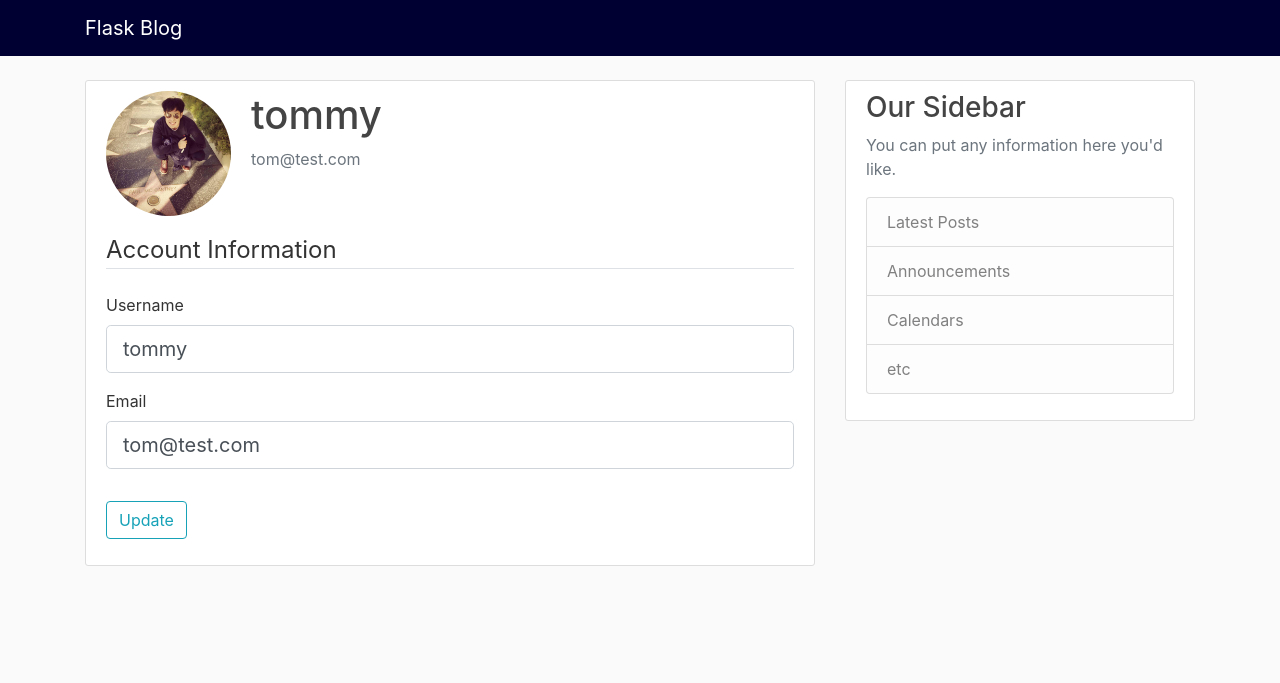
Repository: marstangg/Digitalblog
Page: http://localhost/account
The author's editor kept a record of every edit. The page is drawn from the files as they stood at one moment, then again after the next edit.
The browser window is 1280 px wide. The pictures show the whole page.
Some web libraries are served in a nearby version. The page is served by the project's application, run on Flask 3 (flaskblog/__init__.py). The user the application loads for id 1 is signed in. The page reads the database file committed with the project.

Above is the page before.

### flaskblog/templates/account.html
{% extends "layout.html" %} {% block content %}
<div class="content-section">
  <div class="media">
    <img class="rounded-circle account-img" src="{{ image_file }}">
    <div class="media-body">
      <h2 class="account-heading">{{ current_user.username }}</h2>
      <p class="text-secondary">{{ current_user.email }}</p>
    </div>
  </div>
    <form method="POST" action="">
      {{ form.hidden_tag() }}
      <fieldset class="form-group">
        <legend class="border-bottom mb-4">Account Information</legend>
        <div class="form-group">
          {{ form.username.label(class="form-control-label") }} {% if form.username.errors %} {{ form.username(class="form-control form-control-lg is-invalid") }}
          <div class="invalid-feedback">
            {% for error in form.username.errors %}
            <span>{{ error }}</span> {% endfor %}
          </div>
          {% else %} {{ form.username(class="form-control form-control-lg") }} {% endif %}
        </div>
        <div class="form-group">
          {{ form.email.label(class="form-control-label") }} {% if form.email.errors %} {{ form.email(class="form-control form-control-lg is-invalid") }}
          <div class="invalid-feedback">
            {% for error in form.email.errors %}
            <span>{{ error }}</span> {% endfor %}
          </div>
          {% else %} {{ form.email(class="form-control form-control-lg") }} {% endif %}
        </div>
      </fieldset>
      <div class="form-group">
        {{ form.submit(class="btn btn-outline-info") }}
      </div>
    </form>
</div>
{% endblock content %}

### flaskblog/templates/layout.html
<!DOCTYPE html>
<html>
<head>
    <!-- Required meta tags -->
    <meta charset="utf-8">
    <meta name="viewport" content="width=device-width, initial-scale=1, shrink-to-fit=no">

    <!-- Bootstrap CSS -->
    <link rel="stylesheet" href="https://maxcdn.bootstrapcdn.com/bootstrap/4.0.0/css/bootstrap.min.css" integrity="sha384-Gn5384xqQ1aoWXA+058RXPxPg6fy4IWvTNh0E263XmFcJlSAwiGgFAW/dAiS6JXm" crossorigin="anonymous">

    <link rel="stylesheet" type="text/css" href="{{ url_for('static', filename='main.css') }}">

    {% if title %}
        <title>Flask Blog - {{ title }}</title>
    {% else %}
        <title>Flask Blog</title>
    {% endif %}
</head>
<body>
    <header class="site-header">
      <nav class="navbar navbar-expand-md navbar-dark bg-steel fixed-top">
        <div class="container">
          <a class="navbar-brand mr-4" href="/">Flask Blog</a>
          <button class="navbar-toggler" type="button" data-toggle="collapse" data-target="#navbarToggle" aria-controls="navbarToggle" aria-expanded="false" aria-label="Toggle navigation">
            <span class="navbar-toggler-icon"></span>
          </button>
          <div class="collapse navbar-collapse" id="navbarToggle">
            <div class="navbar-nav mr-auto">
              <a class="nav-item nav-link" href="{{ url_for('home') }}">Home</a>
              <a class="nav-item nav-link" href="{{ url_for('about') }}">About</a>
            </div>
            <!-- Navbar Right Side -->
            <div class="navbar-nav">
              {% if current_user.is_authenticated %}
              <a class="nav-item nav-link" href="{{ url_for('account') }}">Account</a>
              <a class="nav-item nav-link" href="{{ url_for('logout') }}">Logout</a>
              {% else %}
              <a class="nav-item nav-link" href="{{ url_for('login') }}">Login</a>
              <a class="nav-item nav-link" href="{{ url_for('register') }}">Register</a>
              {% endif %}
            </div>
          </div>
        </div>
      </nav>
    </header>
    <main role="main" class="container">
      <div class="row">
        <div class="col-md-8">
          {% with messages = get_flashed_messages(with_categories=true) %}
            {% if messages %}
              {% for category, message in messages %}
                <div class="alert alert-{{ category }}">
                  {{ message }}
                </div>
              {% endfor %}
            {% endif %}
          {% endwith %}
          {% block content %}{% endblock %}
        </div>
        <div class="col-md-4">
          <div class="content-section">
            <h3>Our Sidebar</h3>
            <p class='text-muted'>You can put any information here you'd like.
              <ul class="list-group">
                <li class="list-group-item list-group-item-light">Latest Posts</li>
                <li class="list-group-item list-group-item-light">Announcements</li>
                <li class="list-group-item list-group-item-light">Calendars</li>
                <li class="list-group-item list-group-item-light">etc</li>
              </ul>
            </p>
          </div>
        </div>
      </div>
    </main>


    <!-- Optional JavaScript -->
    <!-- jQuery first, then Popper.js, then Bootstrap JS -->
    <script src="https://code.jquery.com/jquery-3.2.1.slim.min.js" integrity="sha384-KJ3o2DKtIkvYIK3UENzmM7KCkRr/rE9/Qpg6aAZGJwFDMVNA/GpGFF93hXpG5KkN" crossorigin="anonymous"></script>
    <script src="https://cdnjs.cloudflare.com/ajax/libs/popper.js/1.12.9/umd/popper.min.js" integrity="sha384-ApNbgh9B+Y1QKtv3Rn7W3mgPxhU9K/ScQsAP7hUibX39j7fakFPskvXusvfa0b4Q" crossorigin="anonymous"></script>
    <script src="https://maxcdn.bootstrapcdn.com/bootstrap/4.0.0/js/bootstrap.min.js" integrity="sha384-JZR6Spejh4U02d8jOt6vLEHfe/JQGiRRSQQxSfFWpi1MquVdAyjUar5+76PVCmYl" crossorigin="anonymous"></script>
</body>
</html>

### flaskblog/forms.py
from flask_wtf import FlaskForm
from flask_wtf.file import FileField, FileAllowed
from flask_login import current_user
from wtforms import StringField, PasswordField, SubmitField, BooleanField
from wtforms.validators import DataRequired, Length, Email, EqualTo, ValidationError
from flaskblog.models import User

class RegistrationForm(FlaskForm):
    username = StringField('Username',
                           validators=[DataRequired(), Length(min=2, max=20)])
    email = StringField('Email',
                        validators=[DataRequired(), Email()])
    password = PasswordField('Password', validators=[DataRequired()])
    confirm_password = PasswordField('Confirm Password',
                                     validators=[DataRequired(), EqualTo('password')])
    submit = SubmitField('Sign Up')

    def validate_username(self, username):
        user = User.query.filter_by(username=username.data).first()
        if user:
            raise ValidationError('That username is already taken. Try a different one.')

    def validate_email(self, email):
        user = User.query.filter_by(email=email.data).first()
        if user:
            raise ValidationError('That Email is already in use. Try a different one.')

class LoginForm(FlaskForm):
    email = StringField('Email',
                        validators=[DataRequired(), Email()])
    password = PasswordField('Password', validators=[DataRequired()])
    remember = BooleanField('Remember Me')
    submit = SubmitField('Login')


class UpdateAccountForm(FlaskForm):
    username = StringField('Username',
                           validators=[DataRequired(), Length(min=2, max=20)])
    email = StringField('Email',
                        validators=[DataRequired(), Email()])
    picture = FileField('Update Profile Picture', validators=[FileAllowed(['jpg', 'png', 'jpeg'])])
    submit = SubmitField('Update')

    def validate_username(self, username):
        if username.data != current_user.username:
             user = User.query.filter_by(username=username.data).first()
             if user:
                raise ValidationError('That username is already taken. Try a different one.')

    def validate_email(self, email):
        if email.data != current_user.email:
             user = User.query.filter_by(email=email.data).first()
             if user:
                 raise ValidationError('That Email is already in use. Try a different one.')

### flaskblog/models.py
from datetime import datetime
from flaskblog import db, login_manager
from flask_login import UserMixin

@login_manager.user_loader
def load_user(user_id):
    return User.query.get(int(user_id))

class User(db.Model, UserMixin):
    id = db.Column(db.Integer, primary_key=True)
    username = db.Column(db.String(20), unique=True, nullable=False)
    email = db.Column(db.String(120), unique=True, nullable=False)
    image_file = db.Column(db.String(20), nullable=False, default='default.jpg')
    password = db.Column(db.String(60), nullable=False)
    posts = db.relationship('Post', backref='author', lazy=True)

    def __repr__(self):
        return f"User('{self.username}', '{self.email}', '{self.image_file}')"


class Post(db.Model):
    id = db.Column(db.Integer, primary_key=True)
    title = db.Column(db.String(100), nullable=False)
    date_posted = db.Column(db.DateTime, nullable=False, default=datetime.utcnow)
    content = db.Column(db.Text, nullable=False)
    user_id = db.Column(db.Integer, db.ForeignKey('user.id'), nullable=False)

    def __repr__(self):
        return f"Post('{self.title}', '{self.date_posted}')"

### flaskblog/routes.py
from flask import render_template, url_for, flash, redirect, request
from flaskblog import app, db, bcrypt
from flaskblog.forms import RegistrationForm, LoginForm, UpdateAccountForm
from flaskblog.models import User, Post
from flask_login import login_user, current_user, logout_user, login_required

posts = [
    {
        'author': 'Marcus Tang',
        'title': 'Blog Post 1',
        'content': 'First post content',
        'date_posted': 'April 20, 2019'
    },
    {
        'author': 'Billy Jean',
        'title': 'Blog Post 2',
        'content': 'Second post content',
        'date_posted': 'April 22, 2019'
    }
]


@app.route('/')
@app.route('/home')
def home():
    return render_template('home.html', posts=posts)


@app.route('/about')
def about():
    return render_template('about.html', title='About')


@app.route('/register', methods=['GET', 'POST'])
def register():
    if current_user.is_authenticated:
        return redirect(url_for('home'))
    form = RegistrationForm()
    if form.validate_on_submit():
        hashed_password = bcrypt.generate_password_hash(form.password.data).decode('utf-8')
        user = User(username=form.username.data, email=form.email.data, password=hashed_password)
        db.session.add(user)
        db.session.commit()
        flash('Your account has been created! You can now login!', 'success')
        return redirect(url_for('login'))
    return render_template('register.html', title='Register', form=form)


@app.route('/login', methods=['GET', 'POST'])
def login():
    if current_user.is_authenticated:
        return redirect(url_for('home'))
    form = LoginForm()
    if form.validate_on_submit():
        user = User.query.filter_by(email=form.email.data).first()
        if user and bcrypt.check_password_hash(user.password, form.password.data):
            login_user(user, remember=form.remember.data)
            next_page = request.args.get('next')
            return redirect(next_page) if next_page else redirect(url_for('home'))
        else:
            flash('Login Unsuccessful. Please check username and password', 'danger')
    return render_template('login.html', title='Login', form=form)


@app.route('/logout')
def logout():
    logout_user()
    return redirect(url_for('home'))

@app.route('/account', methods=['GET', 'POST'])
@login_required
def account():
    form = UpdateAccountForm()
    if form.validate_on_submit():
       current_user.username = form.username.data
       current_user.email = form.emaill.data
       db.session.commit()
       flash('Account Updated', 'success')
       return redirect(url_for('account'))
    elif request.method == 'GET':
        form.username.data = current_user.username
        form.email.data = current_user.email
    image_file = url_for('static', filename='profile_pics/' + current_user.image_file)
    return render_template('account.html', title='Account',image_file=image_file, form=form)

### flaskblog/__init__.py
from flask import Flask
from flask_sqlalchemy import SQLAlchemy
from flask_bcrypt import Bcrypt
from flask_login import LoginManager

app = Flask(__name__)
app.config['SECRET_KEY'] = '37d9b26f4a0cda72818c4c6d4e3a9641'
app.config['SQLALCHEMY_DATABASE_URI'] = 'sqlite:///site.db'
db = SQLAlchemy(app)
bcrypt = Bcrypt(app)
login_manager = LoginManager(app)
login_manager.login_view = 'login'
login_manager.login_message_category = 'info'

from flaskblog import routes

### flaskblog/static/main.css
body {
  background: #fafafa;
  color: #333333;
  margin-top: 5rem;
}

h1, h2, h3, h4, h5, h6 {
  color: #444444;
}

.bg-steel {
  background-color: #000033;
}

.site-header .navbar-nav .nav-link {
  color: #000033;
}

.site-header .navbar-nav .nav-link:hover {
  color: #ffffff;
}

.site-header .navbar-nav .nav-link.active {
  font-weight: 500;
}

.content-section {
  background: #ffffff;
  padding: 10px 20px;
  border: 1px solid #dddddd;
  border-radius: 3px;
  margin-bottom: 20px;
}

.article-title {
  color: #444444;
}

a.article-title:hover {
  color: #428bca;
  text-decoration: none;
}

.article-content {
  white-space: pre-line;
}

.article-img {
  height: 65px;
  width: 65px;
  margin-right: 16px;
}

.article-metadata {
  padding-bottom: 1px;
  margin-bottom: 4px;
  border-bottom: 1px solid #e3e3e3
}

.article-metadata a:hover {
  color: #333;
  text-decoration: none;
}

.article-svg {
  width: 25px;
  height: 25px;
  vertical-align: middle;
}

.account-img {
  height: 125px;
  width: 125px;
  margin-right: 20px;
  margin-bottom: 16px;
}

.account-heading {
  font-size: 2.5rem;
}

### flaskblog/site.db (the tables this page reads, as SQL)
CREATE TABLE user (
	id INTEGER NOT NULL, 
	username VARCHAR(20) NOT NULL, 
	email VARCHAR(120) NOT NULL, 
	image_file VARCHAR(20) NOT NULL, 
	password VARCHAR(60) NOT NULL, 
	PRIMARY KEY (id), 
	UNIQUE (username), 
	UNIQUE (email)
);
INSERT INTO "user" VALUES
(1, 'tommy', 'tom@test.com', 'default.jpg', '$2b$12$c9HKHqWJ4yHI0cktTaQIe.IUrI8R1yEGaysAswdX9Yi7LJGwLfwHS'),
(2, 'ninja', 'ninja@test.com', 'default.jpg', '$2b$12$QKZQ6CB3b6XCC2L2tqAMKOe655ASj4TswoR1EXT8pcmZ59U4Qosv.'),
(3, 'Dev4lyfe', 'developer4lyfe@mail.com', 'default.jpg', '$2b$12$cr1qIPB0YKvzkRLMjmosruIrY5cW9SQYtSfnqjhMVRzOs6pWMFq8O'),
(4, 'marstang', 'marcus@demo.com', 'b62bcf7ebcc53017.jpeg', '$2b$12$zK8pm.QGS6qnn5rwSw3JJueBO4rP9Oq6TTdwCWZcb3r/oyXL0iVAy'),
(5, 'ninjawarrior', 'ninja@demo.com', 'default.jpg', '$2b$12$HSAE0K0NqZZaR5aaW6iqTegZwMj1wfwkjpxqTF777Nh/h/uCQ.Gua'),
(6, 'idiotsandwich', 'idiotsandwich@demo.com', '47692b7f237da887.jpg', '$2b$12$uFCQtX6OOqkw6frTKdbnMOlpSDEQqkSOoYeIDBZNVCOVpe0mh.JUS'),
(7, 'CuriousCat', 'curiouscat@demo.com', 'default.jpg', '$2b$12$2wL7cfR8DdCl8rrY1RsFkeZjEXSFLvwjNq.eAiQgred1bClrhdn0S'),
(8, 'Girl', 'girl@demo.com', 'e6ae7177509b731d.jpg', '$2b$12$DpVPsZnV0m1BwRb.mewLPOZA5dS3ujsLRzPigiWBmiP6O0eVuecpe');

After the next edit:
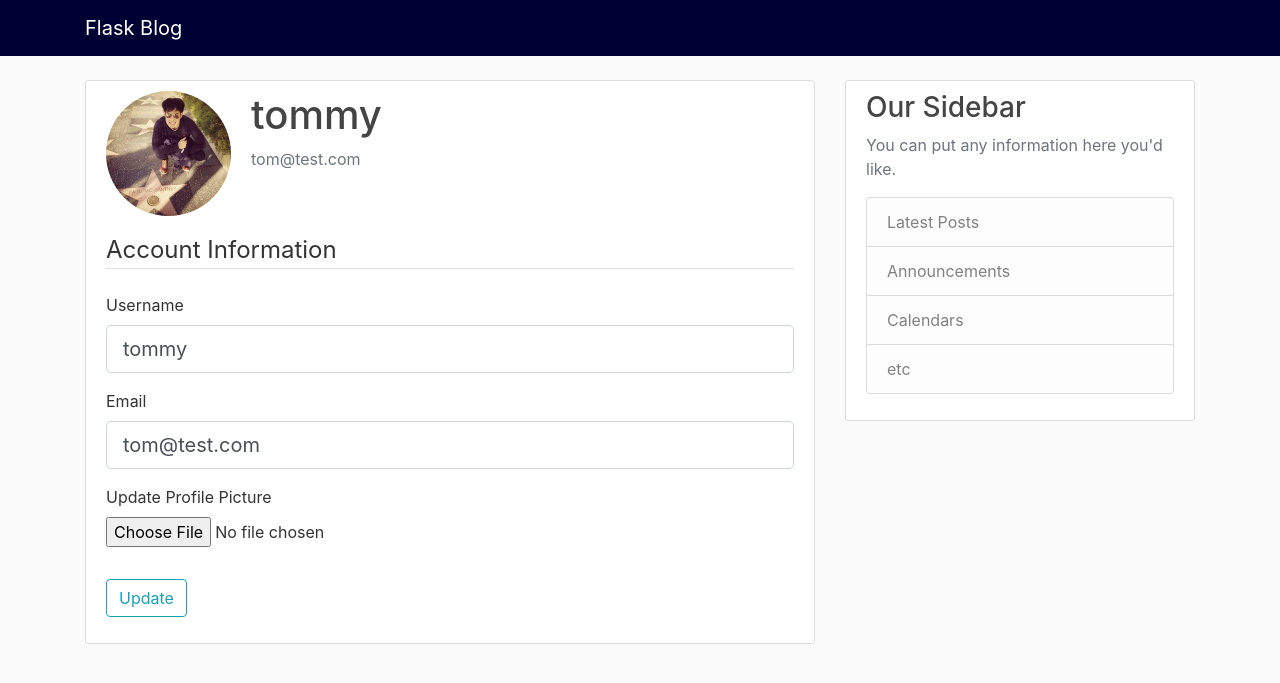
The edit:
--- a/flaskblog/templates/account.html
+++ b/flaskblog/templates/account.html
@@ -27,6 +27,15 @@
           </div>
           {% else %} {{ form.email(class="form-control form-control-lg") }} {% endif %}
         </div>
+         <div class="form-group">
+          {{ form.picture.label() }}
+          {{ form.picture(class="form-control-file") }}
+          {% if form.picture.errors %}
+            {% for error in form.picture.errors %}
+                <span class="text-danger">{{ error }}</span> </br>
+              {% endfor %}
+          {% endif %}
+          </div>
       </fieldset>
       <div class="form-group">
         {{ form.submit(class="btn btn-outline-info") }}
